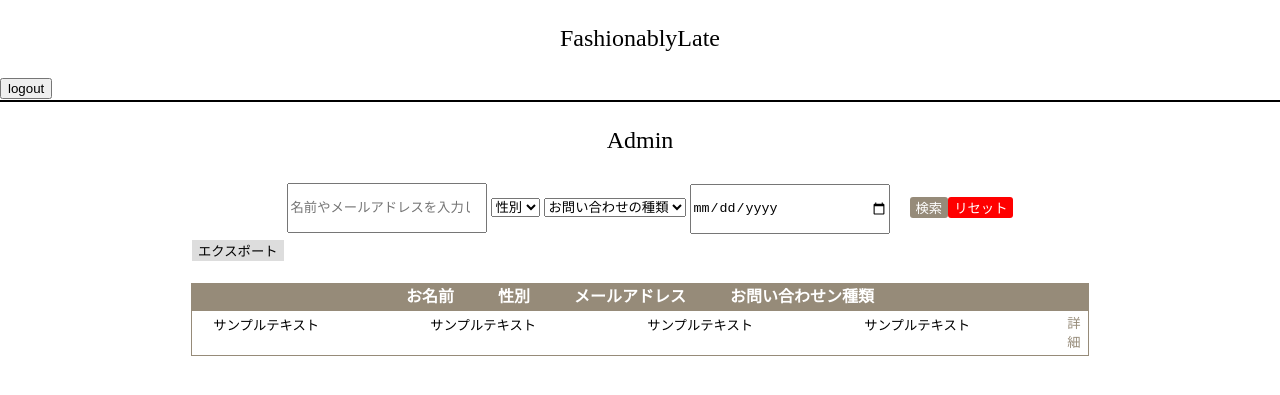
Repository: mayu-ya/test_form
Page: http://localhost/
An editor plug-in stored every save of this project. The page is shown before and after the next save, followed by the edit.
The browser window is 1280 px wide. The pictures show the whole page.
The page is served by the project's Laravel application, run on PHP 8.4 with Laravel 8. Other server files are loaded and not shown.

Above is the page before, as saved 2026-01-17 23:55:09.

### src/routes/web.php
<?php

use Illuminate\Support\Facades\Route;
use App\Http\Controllers\ContactController;

/*
|--------------------------------------------------------------------------
| Web Routes
|--------------------------------------------------------------------------
|
| Here is where you can register web routes for your application. These
| routes are loaded by the RouteServiceProvider within a group which
| contains the "web" middleware group. Now create something great!
|
*/

Route::get('/', [ContactController::class, 'index']);

### src/app/Http/Controllers/ContactController.php
<?php

namespace App\Http\Controllers;

use Illuminate\Http\Request;

class ContactController extends Controller
{
    public function index()
    {
        return view('admin');
    }
}

### src/resources/views/admin.blade.php
@extends('layouts.app')

@section('css')
<link rel="stylesheet" href="{{ asset('css/admin.css') }}">
@endsection

@section('header')
<nav class="header">
    <form action="">
        <button class="header__button">logout</button>
    </form>
</nav>
@endsection

@section('content')
<div class="content">
    <div class="title">
        <h2 class="title-h">Admin</h2>
    </div>

    <div class="search">
        <form action="" class="form__search">
            <div class="form__search-item">
                <input class="form__search-name" type="search" name="name" placeholder="名前やメールアドレスを入力してください">
                <select class="form__search-gender" name="gender">
                    <option value="">性別</option>
                </select>
                <select class="form__search-content" name="content">
                    <option value="">お問い合わせの種類</option>
                </select>
                <input class="form__search-date" type="date" name="date">
            </div>
            <div class="search__button">
                <button class="search__button-submit" tyup="submit">検索</button>
            </div>
        </form>
        <form action="" class="reset__button">
            <button class="reset__button-submit">リセット</button>
        </form>
    </div>

    <div class="export">
        <form action="" class="form__export">
            <button class="form__export-button">エクスポート</button>
        </form>
    </div>

    <div class="table-content">
        <table class="table">
            <tr class="table-row">
                <th class="table-title">
                    <span class="table-span">お名前</span>
                    <span class="table-span">性別</span>
                    <span class="table-span">メールアドレス</span>
                    <span class="table-span">お問い合わせン種類</span>
                </th>
            </tr>
            <tr class="table-row">
                <td class="table__item">
                    <form class="form">
                        <div class="form__item">
                            <div class="form__item-name">
                                <input type="text" class="form__item-input" value="サンプルテキスト">
                            </div>
                            <div class="form_item-gender">
                                <input type="text" class="form__item-input" value="サンプルテキスト">
                            </div>
                            <div class="form_item-email">
                                <input type="text" class="form__item-input" value="サンプルテキスト">
                            </div>
                            <div class="form_item-content">
                                <input type="text" class="form__item-input" value="サンプルテキスト">
                            </div>
                        </div>
                        <div class="form__button">
                            <button class="form__button-detail">詳細</button>
                        </div>
                    </form>
                </td>
            </tr>
        </table>
    </div>
</div>
@endsection

### src/resources/views/layouts/app.blade.php
<!DOCTYPE html>
<html lang="ja">
<head>
    <meta charset="UTF-8">
    <meta name="viewport" content="width=device-width, initial-scale=1.0">
    <title>FashionablyLate</title>
    <link rel="stylesheet" href="{{ asset('css/common.css') }}">
    <link rel="stylesheet" href="{{ asset('css/sanitize.css') }}">
    @yield('css')
</head>
<body>
    <header class="header">
        <div class="header-title">
            <div class="header-title__item">FashionablyLate</div>
        </div>
        @yield('header')
    </header>

    <main>
        @yield('content')
    </main>
</body>
</html>

### src/public/css/common.css
.header{
    border-bottom: 1px solid #000;
}

.header-title {
    margin: 0 auto;
    padding: 20px 15px;
    max-width: 1230px;
}

.header-title__item {
    font-size: 24px;
    text-align: center;
}

### src/public/css/sanitize.css
/* Document
* ========================================================================== */

/**
* Add border box sizing in all browsers (opinionated).
*/

*,
::before,
::after {
  box-sizing: border-box;
}

/**
* 1. Add text decoration inheritance in all browsers (opinionated).
* 2. Add vertical alignment inheritance in all browsers (opinionated).
*/

::before,
::after {
  vertical-align: inherit;
  /* 2 */
  text-decoration: inherit;
  /* 1 */
}

/**
* 1. Use the default cursor in all browsers (opinionated).
* 2. Change the line height in all browsers (opinionated).
* 3. Use a 4-space tab width in all browsers (opinionated).
* 4. Remove the grey highlight on links in iOS (opinionated).
* 5. Prevent adjustments of font size after orientation changes in
*    IE on Windows Phone and in iOS.
* 6. Breaks words to prevent overflow in all browsers (opinionated).
*/

html {
  word-break: break-word;
  /* 6 */
  -moz-tab-size: 4;
  /* 3 */
  tab-size: 4;
  /* 3 */
  line-height: 1.5;
  /* 2 */
  cursor: default;
  /* 1 */

  -webkit-tap-highlight-color: transparent
    /* 4 */
  ;
  -ms-text-size-adjust: 100%;
  /* 5 */
  -webkit-text-size-adjust: 100%;
  /* 5 */
}

/* Sections
* ========================================================================== */

/**
* Remove the margin in all browsers (opinionated).
*/

body {
  margin: 0;
}

/**
* Correct the font size and margin on `h1` elements within `section` and
* `article` contexts in Chrome, Edge, Firefox, and Safari.
*/

h1 {
  margin: 0.67em 0;
  font-size: 2em;
}

/* Grouping content
* ========================================================================== */

/**
* Remove the margin on nested lists in Chrome, Edge, IE, and Safari.
*/

dl dl,
dl ol,
dl ul,
ol dl,
ul dl {
  margin: 0;
}

/**
* Remove the margin on nested lists in Edge 18- and IE.
*/

ol ol,
ol ul,
ul ol,
ul ul {
  margin: 0;
}

/**
* 1. Add the correct sizing in Firefox.
* 2. Show the overflow in Edge 18- and IE.
*/

hr {
  overflow: visible;
  /* 2 */
  height: 0;
  /* 1 */
}

/**
* Add the correct display in IE.
*/

main {
  display: block;
}

/**
* Remove the list style on navigation lists in all browsers (opinionated).
*/

nav ol,
nav ul {
  padding: 0;
  list-style: none;
}

/**
* 1. Correct the inheritance and scaling of font size in all browsers.
* 2. Correct the odd `em` font sizing in all browsers.
*/

pre {
  font-size: 1em;
  /* 2 */
  font-family: monospace, monospace;
  /* 1 */
}

/* Text-level semantics
* ========================================================================== */

/**
* Remove the gray background on active links in IE 10.
*/

a {
  background-color: transparent;
}

/**
* Add the correct text decoration in Edge 18-, IE, and Safari.
*/

abbr[title] {
  text-decoration: underline;
  text-decoration: underline dotted;
}

/**
* Add the correct font weight in Chrome, Edge, and Safari.
*/

b,
strong {
  font-weight: bolder;
}

/**
* 1. Correct the inheritance and scaling of font size in all browsers.
* 2. Correct the odd `em` font sizing in all browsers.
*/

code,
kbd,
samp {
  font-size: 1em;
  /* 2 */
  font-family: monospace, monospace;
  /* 1 */
}

/**
* Add the correct font size in all browsers.
*/

small {
  font-size: 80%;
}

/* Embedded content
* ========================================================================== */

/*
* Change the alignment on media elements in all browsers (opinionated).
*/

audio,
canvas,
iframe,
img,
svg,
video {
  vertical-align: middle;
}

/**
* Add the correct display in IE 9-.
*/

audio,
video {
  display: inline-block;
}

/**
* Add the correct display in iOS 4-7.
*/

audio:not([controls]) {
  display: none;
  height: 0;
}

/**
* Remove the border on iframes in all browsers (opinionated).
*/

iframe {
  border-style: none;
}

/**
* Remove the border on images within links in IE 10-.
*/

img {
  border-style: none;
}

/**
* Change the fill color to match the text color in all browsers (opinionated).
*/

svg:not([fill]) {
  fill: currentColor;
}

/**
* Hide the overflow in IE.
*/

svg:not(:root) {
  overflow: hidden;
}

/* Tabular data
* ========================================================================== */

/**
* Collapse border spacing in all browsers (opinionated).
*/

table {
  border-collapse: collapse;
}

/* Forms
* ========================================================================== */

/**
* Remove the margin on controls in Safari.
*/

button,
input,
select {
  margin: 0;
}

/**
* 1. Show the overflow in IE.
* 2. Remove the inheritance of text transform in Edge 18-, Firefox, and IE.
*/

button {
  overflow: visible;
  /* 1 */
  text-transform: none;
  /* 2 */
}

/**
* Correct the inability to style buttons in iOS and Safari.
*/

button,
[type="button"],
[type="reset"],
[type="submit"] {
  -webkit-appearance: button;
}

/**
* 1. Change the inconsistent appearance in all browsers (opinionated).
* 2. Correct the padding in Firefox.
*/

fieldset {
  padding: 0.35em 0.75em 0.625em;
  /* 2 */
  border: 1px solid #a0a0a0;
  /* 1 */
}

/**
* Show the overflow in Edge 18- and IE.
*/

input {
  overflow: visible;
}

/**
* 1. Correct the text wrapping in Edge 18- and IE.
* 2. Correct the color inheritance from `fieldset` elements in IE.
*/

legend {
  display: table;
  /* 1 */
  max-width: 100%;
  /* 1 */
  color: inherit;
  /* 2 */
  white-space: normal;
  /* 1 */
}

/**
* 1. Add the correct display in Edge 18- and IE.
* 2. Add the correct vertical alignment in Chrome, Edge, and Firefox.
*/

progress {
  display: inline-block;
  /* 1 */
  vertical-align: baseline;
  /* 2 */
}

/**
* Remove the inheritance of text transform in Firefox.
*/

select {
  text-transform: none;
}

/**
* 1. Remove the margin in Firefox and Safari.
* 2. Remove the default vertical scrollbar in IE.
* 3. Change the resize direction in all browsers (opinionated).
*/

textarea {
  overflow: auto;
  /* 2 */
  margin: 0;
  /* 1 */
  resize: vertical;
  /* 3 */
}

/**
* Remove the padding in IE 10-.
*/

[type="checkbox"],
[type="radio"] {
  padding: 0;
}

/**
* 1. Correct the odd appearance in Chrome, Edge, and Safari.
* 2. Correct the outline style in Safari.
*/

[type="search"] {
  outline-offset: -2px;
  /* 2 */

  -webkit-appearance: textfield;
  /* 1 */
}

/**
* Correct the cursor style of increment and decrement buttons in Safari.
*/

::-webkit-inner-spin-button,
::-webkit-outer-spin-button {
  height: auto;
}

/**
* Correct the text style of placeholders in Chrome, Edge, and Safari.
*/

::-webkit-input-placeholder {
  color: inherit;
  opacity: 0.54;
}

/**
* Remove the inner padding in Chrome, Edge, and Safari on macOS.
*/

::-webkit-search-decoration {
  -webkit-appearance: none;
}

/**
* 1. Correct the inability to style upload buttons in iOS and Safari.
* 2. Change font properties to `inherit` in Safari.
*/

::-webkit-file-upload-button {
  font: inherit;
  /* 2 */

  -webkit-appearance: button;
  /* 1 */
}

/**
* Remove the inner border and padding of focus outlines in Firefox.
*/

::-moz-focus-inner {
  padding: 0;
  border-style: none;
}

/**
* Restore the focus outline styles unset by the previous rule in Firefox.
*/

:-moz-focusring {
  outline: 1px dotted ButtonText;
}

/**
* Remove the additional :invalid styles in Firefox.
*/

:-moz-ui-invalid {
  box-shadow: none;
}

/* Interactive
* ========================================================================== */

/*
* Add the correct display in Edge 18- and IE.
*/

details {
  display: block;
}

/*
* Add the correct styles in Edge 18-, IE, and Safari.
*/

dialog {
  position: absolute;
  right: 0;
  left: 0;
  display: block;
  margin: auto;
  padding: 1em;
  width: -moz-fit-content;
  width: -webkit-fit-content;
  width: fit-content;
  height: -moz-fit-content;
  height: -webkit-fit-content;
  height: fit-content;
  border: solid;
  background-color: white;
  color: black;
}

dialog:not([open]) {
  display: none;
}

/*
* Add the correct display in all browsers.
*/

summary {
  display: list-item;
}

/* Scripting
* ========================================================================== */

/**
* Add the correct display in IE 9-.
*/

canvas {
  display: inline-block;
}

/**
* Add the correct display in IE.
*/

template {
  display: none;
}

/* User interaction
* ========================================================================== */

/*
* 1. Remove the tapping delay in IE 10.
* 2. Remove the tapping delay on clickable elements
in all browsers (opinionated).
*/

a,
area,
button,
input,
label,
select,
summary,
textarea,
[tabindex] {
  -ms-touch-action: manipulation;
  /* 1 */
  touch-action: manipulation;
  /* 2 */
}

/**
* Add the correct display in IE 10-.
*/

[hidden] {
  display: none;
}

/* Accessibility
* ========================================================================== */

/**
* Change the cursor on busy elements in all browsers (opinionated).
*/

[aria-busy="true"] {
  cursor: progress;
}

/*
* Change the cursor on control elements in all browsers (opinionated).
*/

[aria-controls] {
  cursor: pointer;
}

/*
* Change the cursor on disabled, not-editable, or otherwise
* inoperable elements in all browsers (opinionated).
*/

[aria-disabled="true"],
[disabled] {
  cursor: not-allowed;
}

/*
* Change the display on visually hidden accessible elements
* in all browsers (opinionated).
*/

[aria-hidden="false"][hidden] {
  display: initial;
}

[aria-hidden="false"][hidden]:not(:focus) {
  position: absolute;
  clip: rect(0, 0, 0, 0);
}

### src/public/css/admin.css
.content {
    max-width: 1536px;
}

.title {
    margin: 0 auto;
}

.title-h {
    text-align: center;
    font-weight: lighter;
}

.search {
    display: flex;
    align-items: center;
    justify-content: center;
    width: 70%;
    margin: 0 auto;
}

.form__search {
    display: flex;
    align-items: center;
    text-align: left;
}

.form__search input {
    width: 200px;
    height: 50px;
}

.form__search-item {
    padding: 5px 20px;
}

.search__button-submit {
    background: #968b79;
    color: white;
    border-radius: 3px;
    border: none;
    cursor: pointer;
}

.reset__button-submit {
    background: red;
    color: white;
    border-radius: 3px;
    border: none;
    cursor: pointer;
}

.export {
    display: flex;
    justify-content: left;
    width: 70%;
    margin: 0 auto;
}

.form__export-button {
    background: #ddd;
    border: none;
}

.table-content {
    display: flex;
    width: 70%;
    align-items: center;
    justify-content: center;
    margin: 0 auto;
}

.table {
    border: 1px solid #968b79;
    margin: 20px 0;
}

.table-row {
    border-bottom: 1px solid #968b79;
}

.table-title {
    background: #968b79;
}

.table-span {
    color: white;
    border: none;
    padding: 10px 20px;
}

.table__item {
    width: 100%;
}

.form {
    display: flex;
}

.form__item {
    display: flex;
}

.form__item-input {
    padding: 5px 20px;
    outline: none;
    border: none;
}

.form__button-detail {
    background: white;
    color: #968b79;
    border: #968b79;
    border-radius: 3px;
    cursor: pointer;
}

Loaded but not shown: src/app/Http/Controllers/Controller.php (common file)

After the next save:
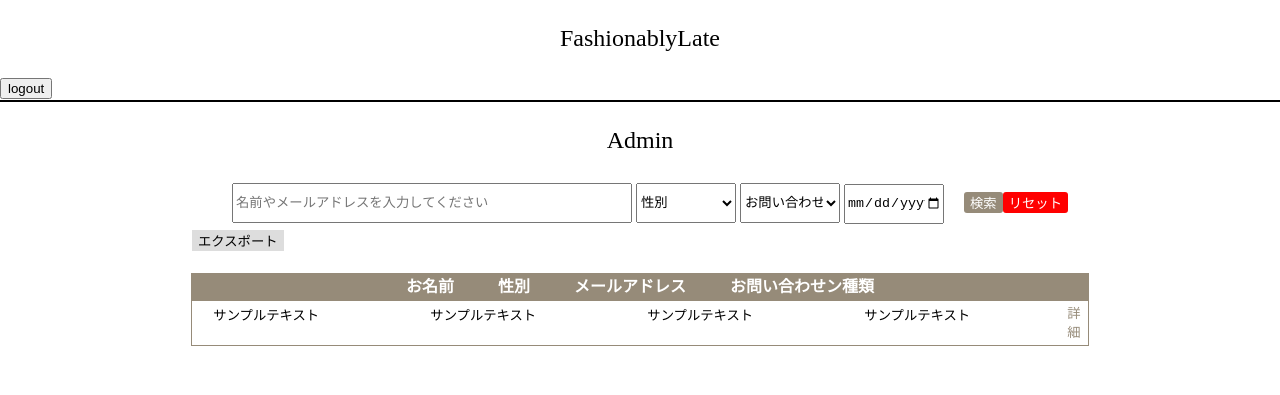
Saved 2 min 8 s later.
--- a/src/public/css/admin.css
+++ b/src/public/css/admin.css
@@ -25,9 +25,24 @@
     text-align: left;
 }
 
-.form__search input {
-    width: 200px;
-    height: 50px;
+.form__search-name {
+    width: 400px;
+    height: 40px;
+}
+
+.form__search-gender {
+    width: 100px;
+    height: 40px;
+}
+
+.form__search-content {
+    width: 100px;
+    height: 40px;
+}
+
+.form__search-date {
+    width: 100px;
+    height: 40px;
 }
 
 .form__search-item {
